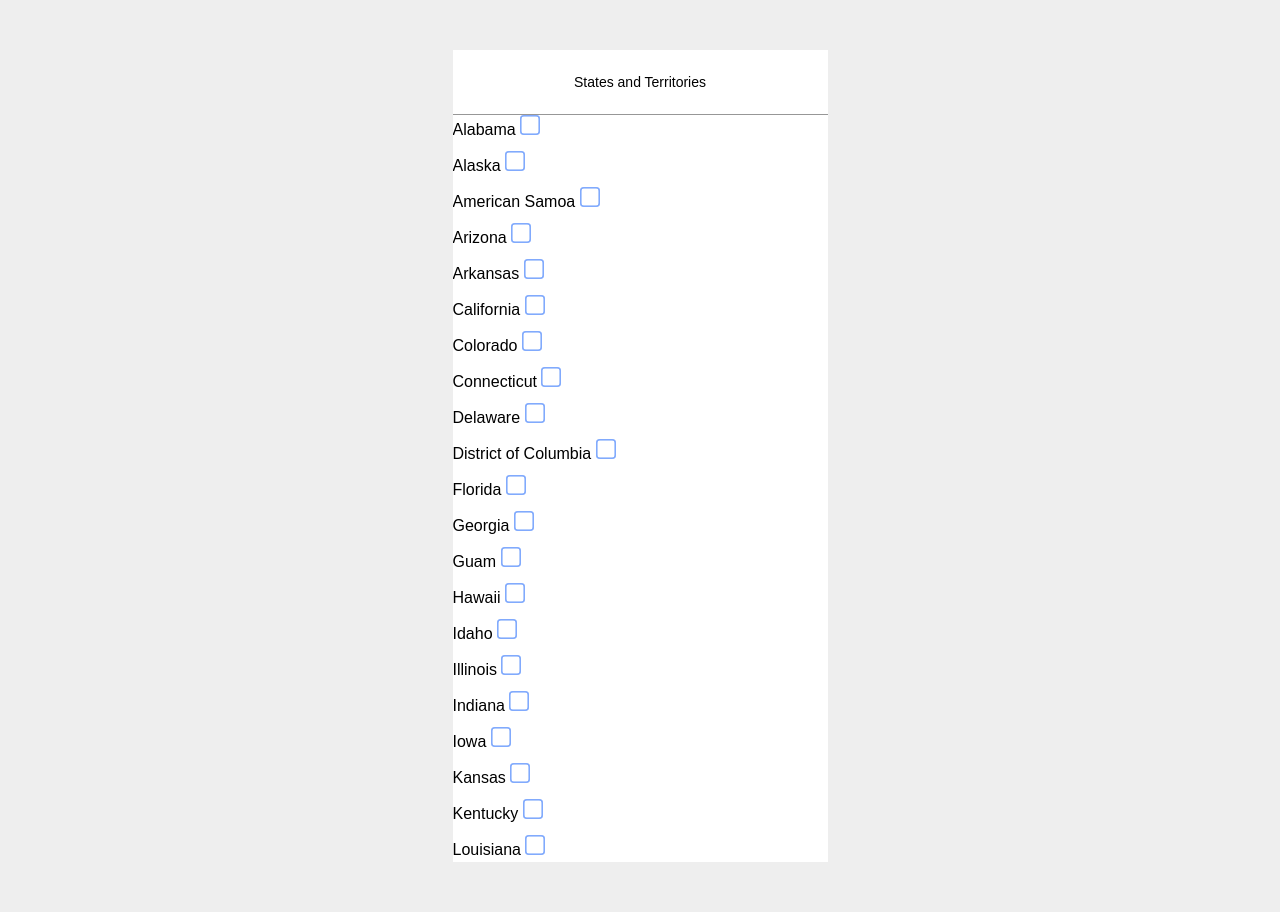
Repository: zitac234/codingTest
Page: /
The author's editor kept a copy of each file at every save. The page is drawn from the files as they stood at one save, then again after the next save.
The browser window is 1280 px wide. The pictures show the whole page.
The project was rebuilt for these pictures with package versions that can differ from the ones it lists, and the page was loaded fresh each time.

Above is the page before, as saved 2021-03-31 15:05:45.

After the next save:
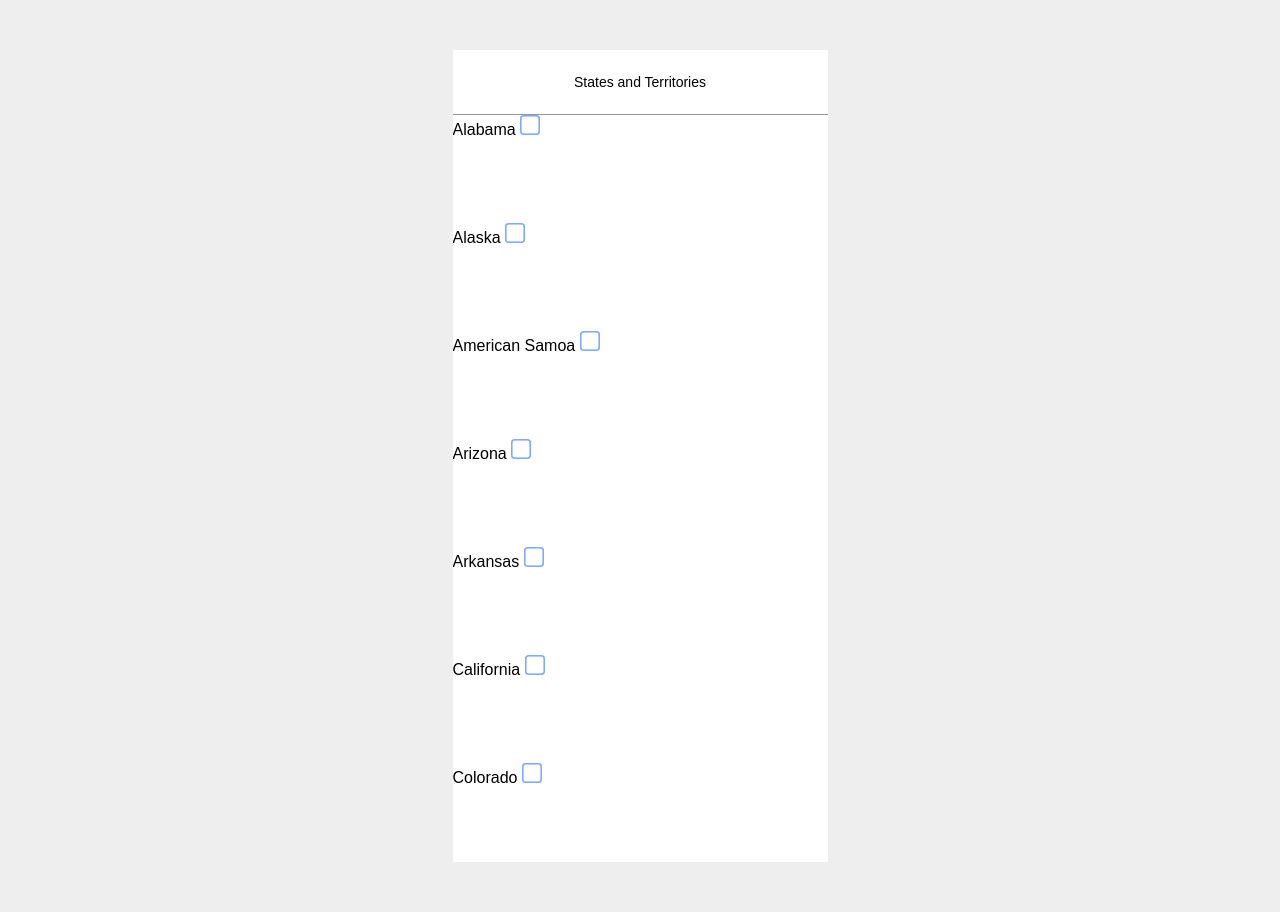
Saved 15 s later.
--- a/src/List.css
+++ b/src/List.css
@@ -3,5 +3,5 @@
   overflow: auto;
 }
 .state{
-  height: 5vh;
+  height: 15vh;
 }
